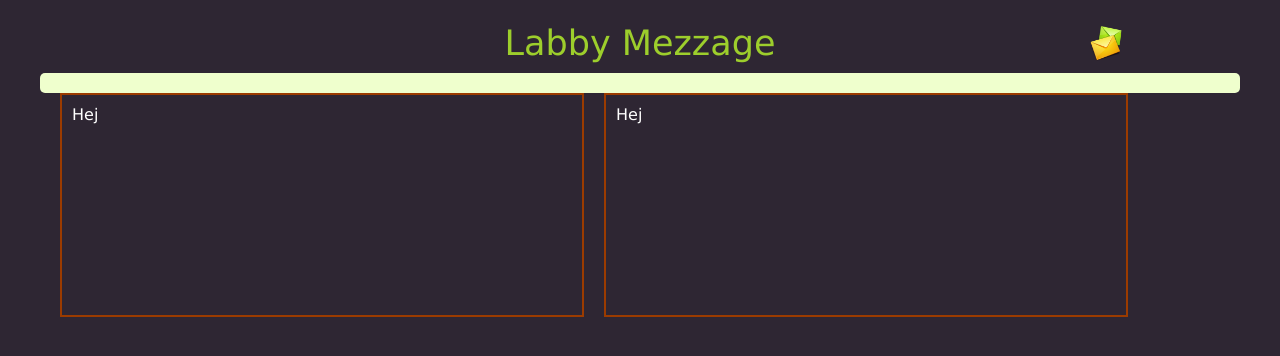
Repository: ad222kr/1dv403-laborationer
Page: 2-labbymezzage/index.html
The author's editor kept a record of every edit. The page is drawn from the files as they stood at one moment, then again after the next edit.
The browser window is 1280 px wide. The pictures show the whole page.

Above is the page before.

After the next edit:
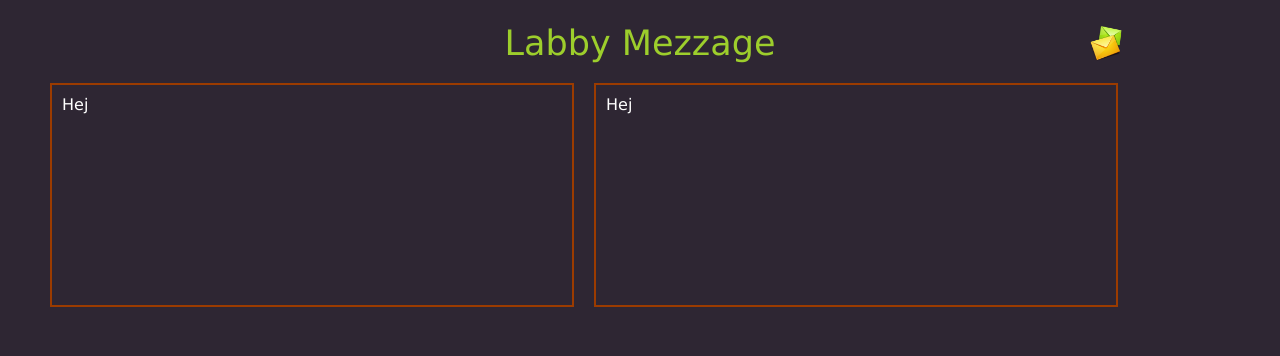
The edit:
--- a/2-labbymezzage/css/style.css
+++ b/2-labbymezzage/css/style.css
@@ -30,16 +30,6 @@
     margin: 0px auto;
 }
 
-#content{
-    background: #EFFFCD;
-    border-color: #000000;
-    padding: 10px;
-    border-radius: 5px;
-    -webkit-border-radius: 5px;
-    -moz-border-radius: 5px;
-
-
-}
 
 
 #button{
